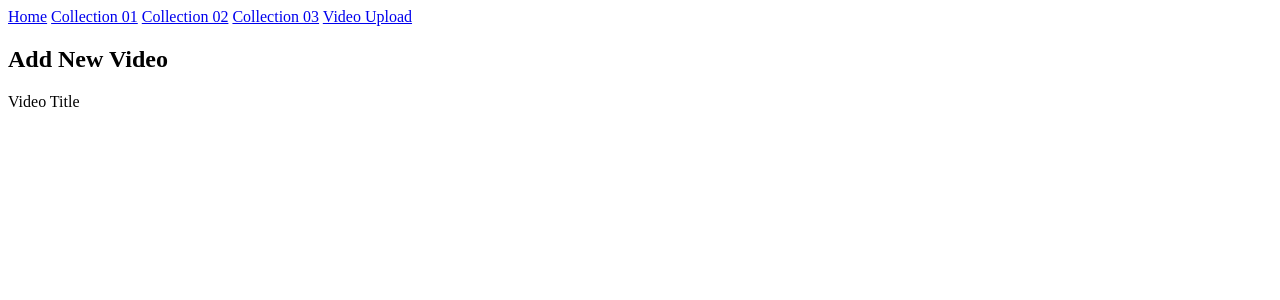
Repository: JoaoLemesDEV/Project-MyTube
Page: video_upload_page.html
An editor plug-in stored every save of this project. The page is shown before and after a run of saves, followed by the edit.
The browser window is 1280 px wide. The pictures show the whole page.

Above is the page before, as saved 2021-10-10 21:22:00.

### video_upload_page.html
<!DOCTYPE html>
<html lang="en">
<head>
  <meta charset="UTF-8">
  <meta http-equiv="X-UA-Compatible" content="IE=edge">
  <meta name="viewport" content="width=device-width, initial-scale=1.0">
  <title>My Ytube Website</title>
</head>
<body>
  <nav>
    <a href="/">Home</a>
    <a href="/collection1.html">Collection 01</a>
    <a href="/collection2.html">Collection 02</a>
    <a href="/collection3.html">Collection 03</a>
    <a href="/video_upload_page.html">Video Upload</a>
  </nav>
<h2>Add New Video</h2>

<label for="">Video Title</label>

</body>
<footer></footer>
</html>

After the next 2 saves:
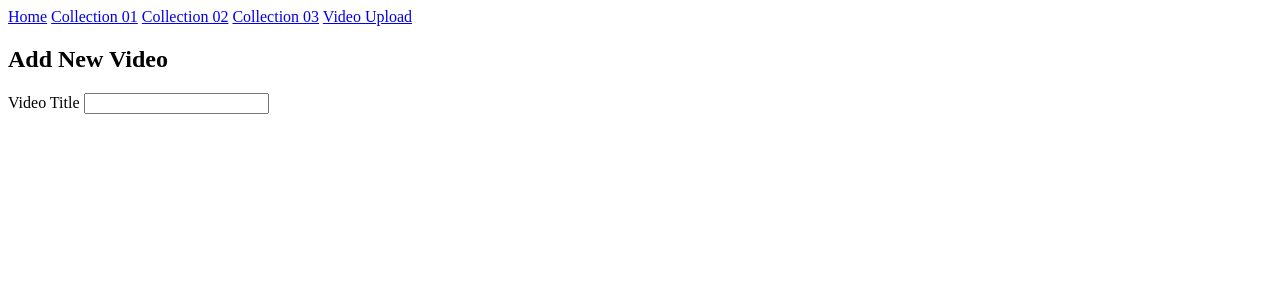
The 2 saves are shown as one change because they came seconds apart.
The last was saved 6 s later.
--- a/video_upload_page.html
+++ b/video_upload_page.html
@@ -16,7 +16,8 @@
   </nav>
 <h2>Add New Video</h2>
 
-<label for="">Video Title</label>
+<label for="title">Video Title</label>
+<input type="text" name="" id="">
 
 </body>
 <footer></footer>
